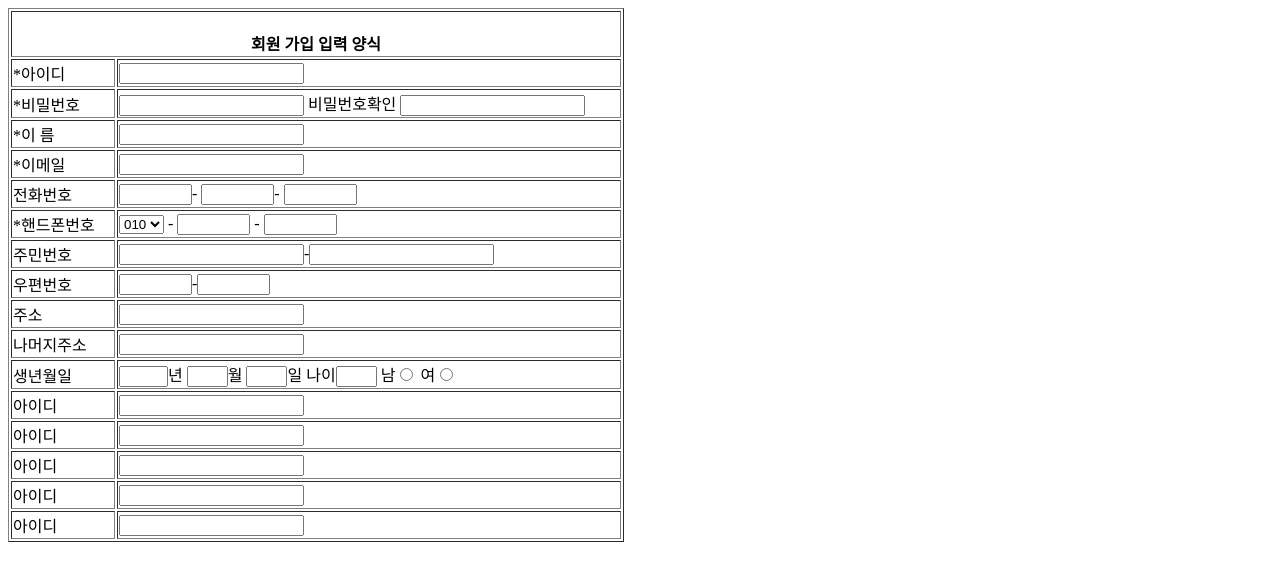
Repository: vkfkstptkd1/WebProgramming
Page: ch3_FormTag/WebContent/In_Form.html
The author's editor kept a copy of each file at every save. The page is drawn from the files as they stood at one save, then again after the next save.
The browser window is 1280 px wide. The pictures show the whole page.

Above is the page before, as saved 2021-03-20 07:00:35.

### ch3_FormTag/WebContent/In_Form.html
<!DOCTYPE html>
<html>
<head>
<meta charset="EUC-KR">
<title>First Practice : In_ Form</title>
</head>
<body>
<form action= "In_Form_ok.jsp" method="post">
	<table border="1">
	<tr><th colspan=2><br>회원 가입 입력 양식</th></tr><!--표제목  -->
	<tr><td width= "100"> *아이디</td>
		<td width="500"> <input type="text" name="id"></td>
	</tr>
	<tr><td> *비밀번호</td>
		<td> <input type="text" name="pwd"> 비밀번호확인 <input type="text" name="pwdok">
		</td>
	</tr>
	<tr><td> *이 름</td>
		<td> <input type="text" name="name"></td>
	</tr>
	<tr><td> *이메일</td>
		<td> <input type="text" name="email"></td>
	</tr>
	<tr><td> 전화번호</td>
		<td><input type="text" name="homenumber" size=6>-
			<input type="text" name="homenumber" size=6>-
			<input type="text" name="homenumber" size=6>
		</td>
	</tr>
	<tr><td> *핸드폰번호</td>
		<td>
		<SELECT NAME="phonenumber1">
		<OPTION VALUE="010">010</OPTION>
		<OPTION VALUE="011">011</OPTION>
		<OPTION VALUE="012">012</OPTION>
		</SELECT>
		-
		<input type="text" name="phonenumber2" size=6>
		-
		<input type="text" name="phonenumber3" size=6>
		</td>
	</tr>
	<tr><td> 주민번호</td>
		<td> <input type="text" name="ssn1">-<input type="text" name="ssn2"></td>
	</tr>
	<tr><td> 우편번호</td>
		<td> <input type="text" name="pn1" size =6>-<input type="text" name="pn2" size=6></td>
	</tr>
	<tr><td> 주소</td>
		<td> <input type="text" name="ad" size=></td>
	</tr>
	<tr><td> 나머지주소</td>
		<td> <input type="text" name="remainderad"></td>
	</tr>
	<tr><td> 생년월일</td>
		<td> <input type="text" name="year" size=3>년
			 <input type="text" name="month" size=2>월
			 <input type="text" name="day" size=2>일
			 나이<input type="text" name="age" size=2>
			 남<input type="radio" name="gender" value="남">
			 여<input type="radio" name="gender" value="여">
		</td>
	</tr>
	<tr><td> 아이디</td>
		<td> <input type="text" name="id"></td>
	</tr>
	<tr><td > 아이디</td>
		<td > <input type="text" name="id"></td>
	</tr>
	<tr><td > 아이디</td>
		<td > <input type="text" name="id"></td>
	</tr>
	<tr><td > 아이디</td>
		<td > <input type="text" name="id"></td>
	</tr>
	<tr><td > 아이디</td>
		<td > <input type="text" name="id"></td>
	</tr>

	</table>
</form>

</body>
</html>

After the next save:
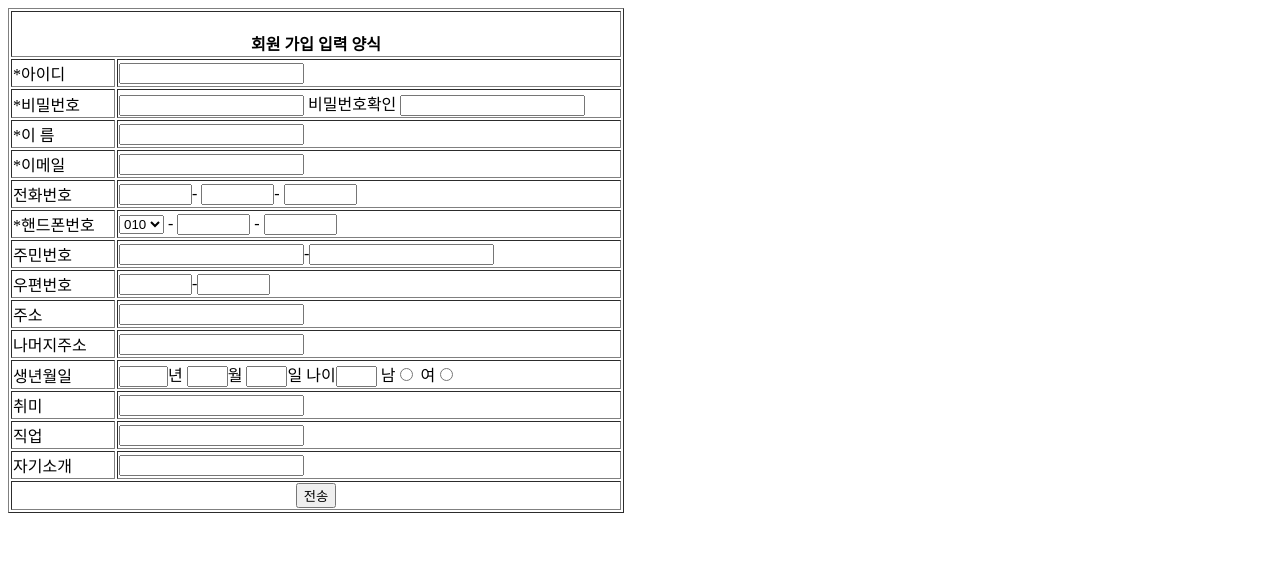
Saved 3 min 44 s later.
--- a/ch3_FormTag/WebContent/In_Form.html
+++ b/ch3_FormTag/WebContent/In_Form.html
@@ -61,24 +61,19 @@
 			 여<input type="radio" name="gender" value="여">
 		</td>
 	</tr>
-	<tr><td> 아이디</td>
+	<tr><td> 취미</td>
 		<td> <input type="text" name="id"></td>
 	</tr>
-	<tr><td > 아이디</td>
+	<tr><td > 직업</td>
 		<td > <input type="text" name="id"></td>
 	</tr>
-	<tr><td > 아이디</td>
+	<tr><td > 자기소개</td>
 		<td > <input type="text" name="id"></td>
 	</tr>
-	<tr><td > 아이디</td>
-		<td > <input type="text" name="id"></td>
+	<tr>
+		<td colspan="2"><center><input type="submit" value="전송" ></center></td>
 	</tr>
-	<tr><td > 아이디</td>
-		<td > <input type="text" name="id"></td>
-	</tr>
-
 	</table>
 </form>
-
 </body>
 </html>
